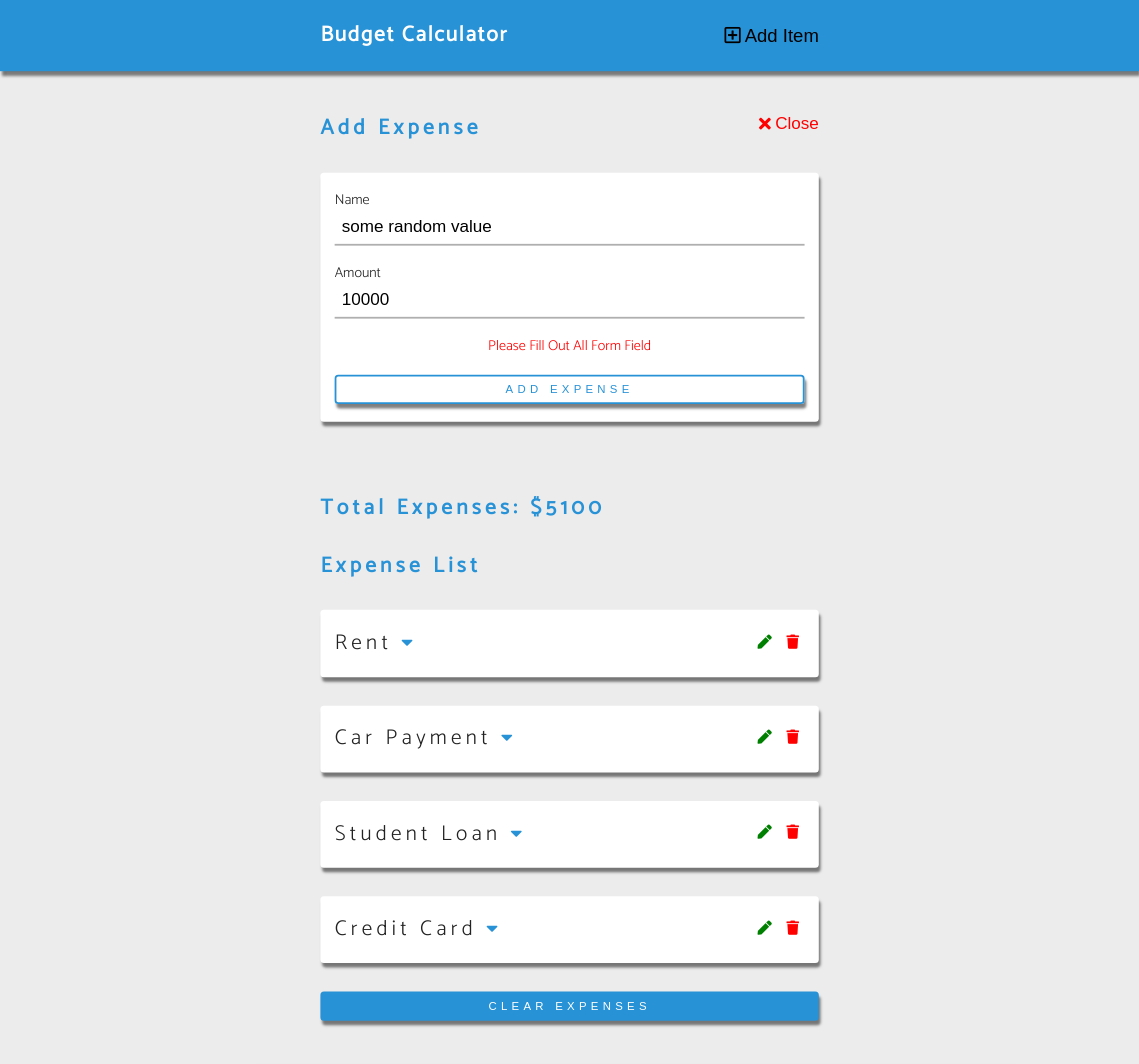
Repository: webdril/budget
Page: /
An editor plug-in stored every save of this project. The page is shown before and after the next save, followed by the edit.
The browser window is 1280 px wide. The pictures show the whole page, at 89% of full size.
The project was rebuilt for these pictures with package versions that can differ from the ones it lists, and the page was loaded fresh each time.

Above is the page before, as saved 2020-03-13 21:39:03.

After the next save:
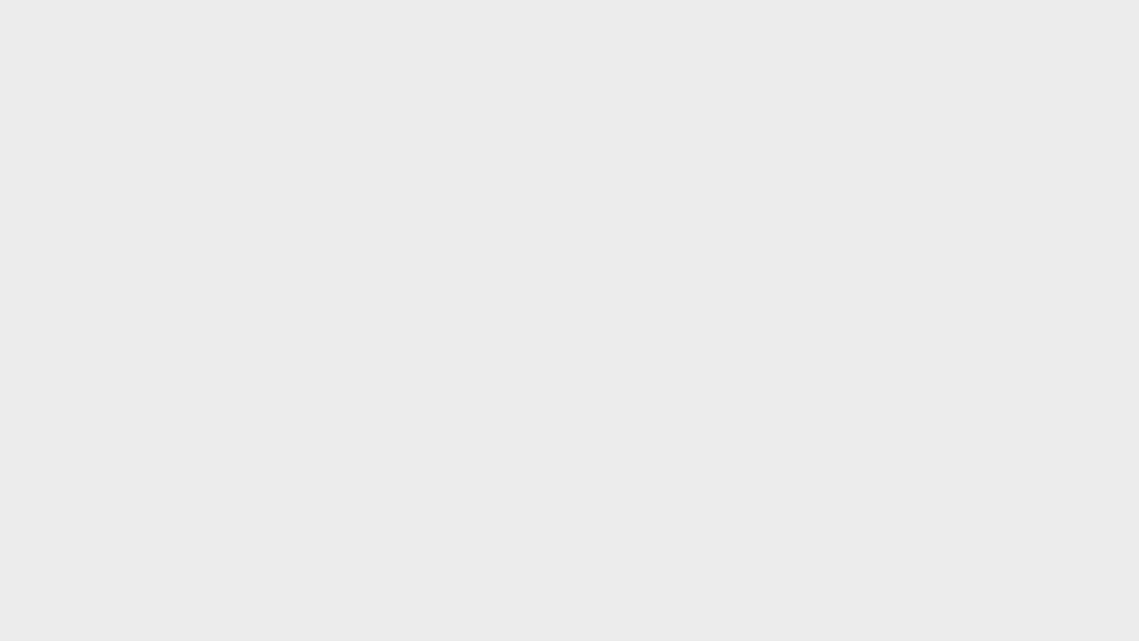
Console error: ReferenceError: ull is not defined
Saved 7 min 0 s later.
--- a/src/ExpenseForm.svelte
+++ b/src/ExpenseForm.svelte
@@ -1,7 +1,7 @@
 <script>
 import Title from './Title.svelte'
-let name = "some random value";
-let amount = 10000;
+let name = "";
+let amount = ull;
 </script>
 
 <section class="form">

After the 3 saves that followed:
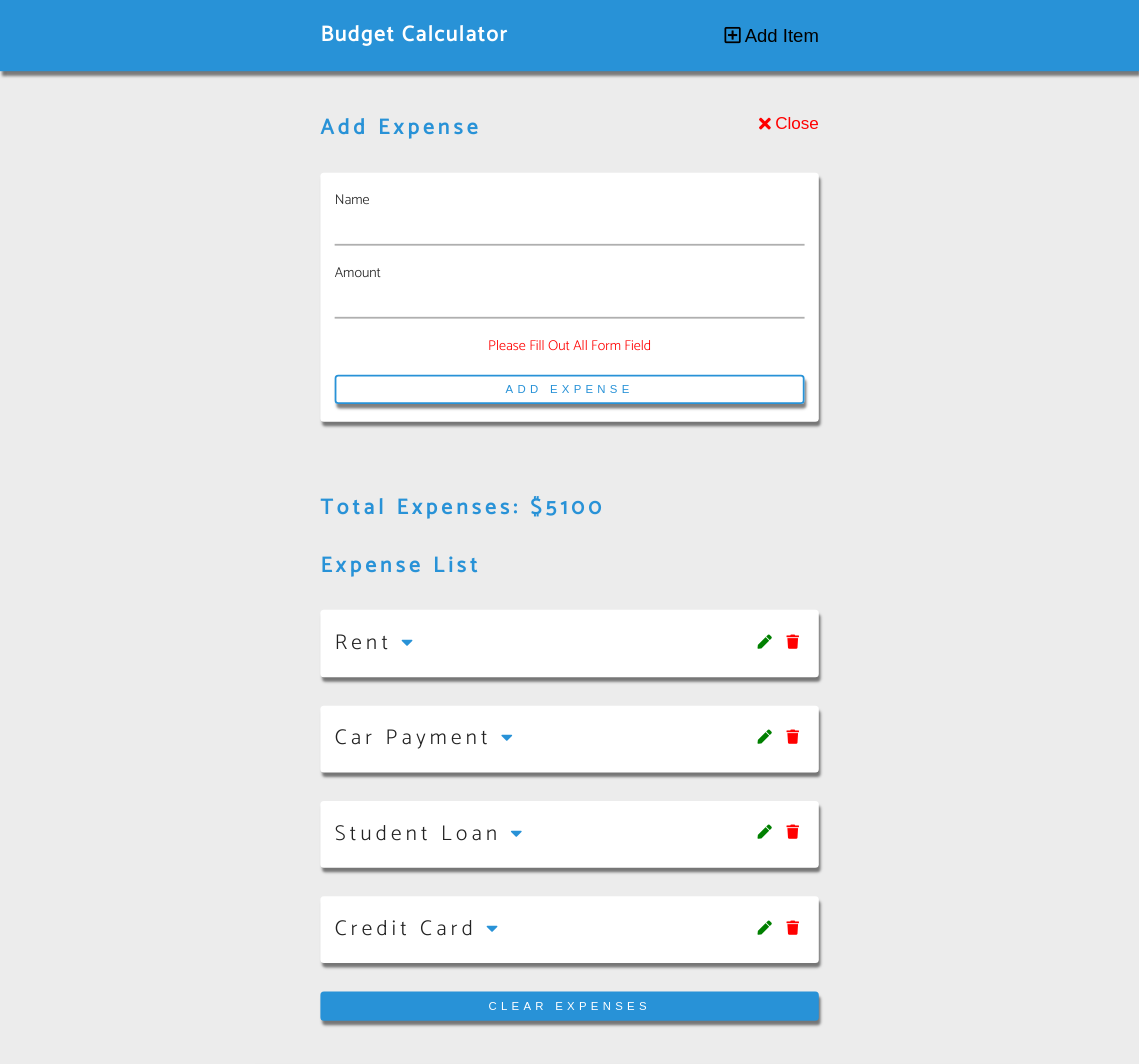
The error is gone.
The 3 saves are shown as one change because 2 left the picture as it was.
The last was saved 102 s later.
--- a/src/ExpenseForm.svelte
+++ b/src/ExpenseForm.svelte
@@ -1,7 +1,8 @@
 <script>
 import Title from './Title.svelte'
 let name = "";
-let amount = ull;
+let amount = null;
+$: console.log({name, amount});
 </script>
 
 <section class="form">
